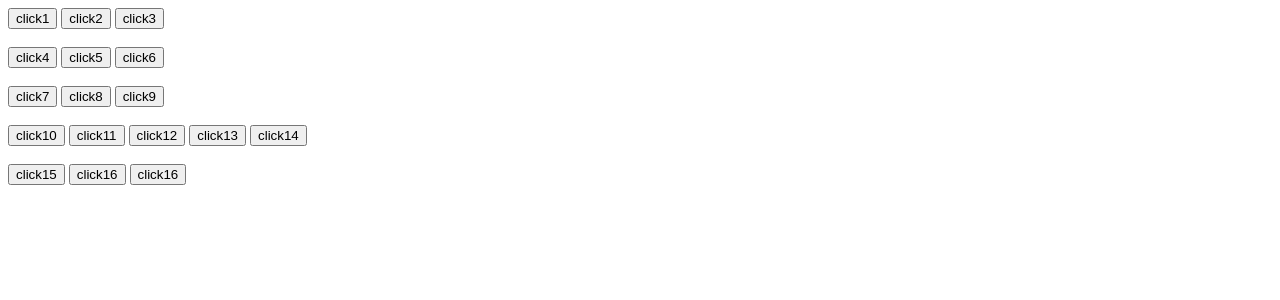
Repository: mirror-neuron/JsonStudy
Page: JsonApp01/WebContent/JsonTest10.html
The author's editor kept a copy of each file at every save. The page is drawn from the files as they stood at one save, then again after the next save.
The browser window is 1280 px wide. The pictures show the whole page.

Above is the page before, as saved 2019-05-31 07:04:47.

### JsonApp01/WebContent/JsonTest10.html
<script type="text/javascript">

	/* 배열[]은 객체다 */
	var obj6 =
	[
		"test"
	]

	var obj6_1 =
	[
		"test1", "test2"
	]

	var obj6_2 =
	[
		"test1", "test2", 123, 123+1/* → 124(요소 자체가 숫자타입으로 취급됨) */
	]

	<!-- 자바스크립트 쪽에서 운영되는 데이터는 숫자형이든 문자형이든 시각적으로 똑같이 확인됨  -->

</script>

<form>

	<input type="button" value="click1" onclick="alert(obj6)"/>
	<!-- test -->
	<input type="button" value="click2" onclick="alert(obj6_1)"/>
	<!-- test1, test2 -->
	<input type="button" value="click3" onclick="alert(obj6_2)"/>
	<!-- test1, test2, 123, 124 -->
	<br><br>

	<input type="button" value="click4" onclick="alert(typeof obj6)"/>
	<!-- object -->
	<input type="button" value="click5" onclick="alert(typeof obj6_1)"/>
	<!-- object -->
	<input type="button" value="click6" onclick="alert(typeof obj6_2)"/>
	<!-- object -->

	<br><br>

	<input type="button" value="click7" onclick="alert(obj6[0])"/>
	<!-- test -->
	<input type="button" value="click8" onclick="alert(typeof obj6[0])"/>
	<!-- string -->
	<input type="button" value="click9" onclick="alert(typeof obj6[1])"/>
	<!-- undefined -->

	<br><br>

	<input type="button" value="click10" onclick="alert(obj6_1[0])" />
	<!-- test1 -->
	<input type="button" value="click11" onclick="alert(obj6_1[1])" />
	<!-- test2 -->
	<input type="button" value="click12" onclick="alert(typeof obj6_1[0])" />
	<!-- string -->
	<input type="button" value="click13" onclick="alert(typeof obj6_1[1])" />
	<!-- string -->
	<input type="button" value="click14" onclick="alert(obj6_1[0] + obj6_1[1])" />
	<!-- test1 test2 -->

	<br><br>
	<input type="button" value="click15" onclick="alert(obj6_2[1] )" />
	<!-- test2 -->
	<input type="button" value="click16" onclick="alert(obj6_2[2] )" />
	<!-- 123 -->
	<input type="button" value="click16" onclick="alert(typeof obj6_2[1] )" />
	<!--  -->

</form>

After the next save:
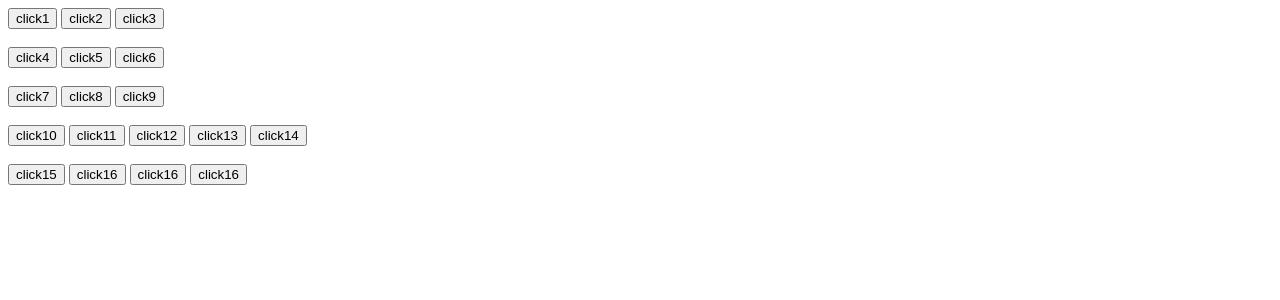
Saved 7 s later.
--- a/JsonApp01/WebContent/JsonTest10.html
+++ b/JsonApp01/WebContent/JsonTest10.html
@@ -66,5 +66,7 @@
 	<!-- 123 -->
 	<input type="button" value="click16" onclick="alert(typeof obj6_2[1] )" />
 	<!--  -->
+	<input type="button" value="click16" onclick="alert(typeof obj6_2[1] )" />
+	<!--  -->
 
 </form>
